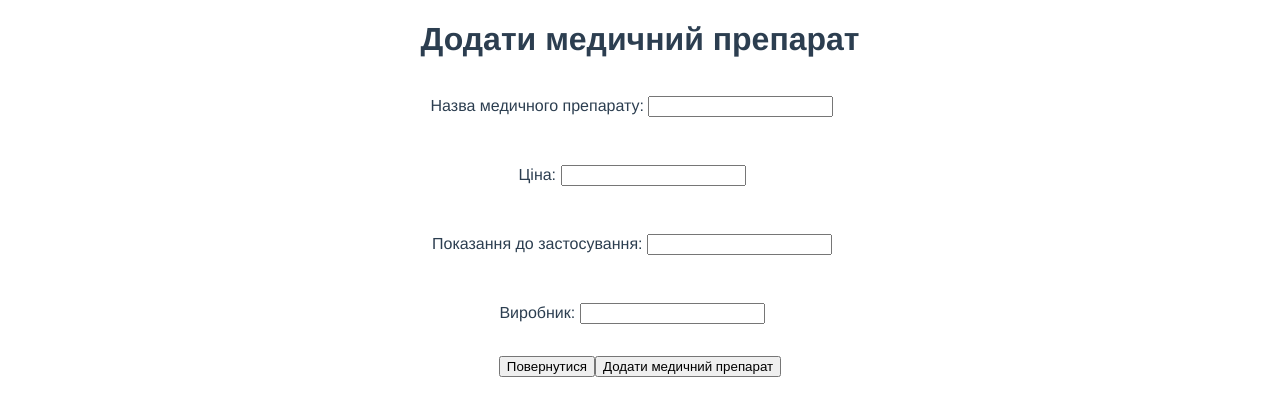
Repository: kristinap8/pharmacy
Page: /add_medicine
An editor plug-in stored every save of this project. The page is shown before and after the next save, followed by the edit.
The browser window is 1280 px wide. The pictures show the whole page.
The project was rebuilt for these pictures with package versions that can differ from the ones it lists, and the page was loaded fresh each time. Also part of the build but not shown: src/components/EditMedicineForm/index.vue, src/pages/EditMedicine/index.vue, src/components/MedicinesList/MedicineCard/index.vue, src/components/MedicinesList/index.vue, src/pages/AllMedicines/index.vue, src/components/CartForm/index.vue, src/pages/Cart/index.vue.

Above is the page before, as saved 2020-12-09 23:29:13.

### src/main.js
import Vue from 'vue'
import App from './App.vue'
import router from "./router"
import store from "./store"

Vue.config.productionTip = false

new Vue({
  store,
  router,
  render: h => h(App),
}).$mount('#app')

### src/App.vue
<template>
  <div id="app">
    <router-view/>
  </div>
</template>

<script>
export default {
  name: "App",
  components: {},
};
</script>

<style>
#app {
  font-family: Avenir, Helvetica, Arial, sans-serif;
  -webkit-font-smoothing: antialiased;
  -moz-osx-font-smoothing: grayscale;
  color: #2c3e50;
}
</style>

### src/router.js
import Vue from "vue";
import VueRouter from "vue-router";
import AddMedicine from "@/pages/AddMedicine";
import EditMedicine from "@/pages/EditMedicine";
import AllMedicines from "@/pages/AllMedicines";
import Cart from "@/pages/Cart";

Vue.use(VueRouter);

const routes=[
    {
        path:'/',
        name:'all-medicines',
        component:AllMedicines
    },
    {
        path:'/edit_medicine/:medicine_id',
        name:'edit-medicine',
        component:EditMedicine
    },
    {
        path:'/add_medicine',
        name:'add-medicine',
        component:AddMedicine
    },
    {
        path:'/cart',
        name:'cart',
        component:Cart
    },

]

const router=new VueRouter({
    mode:"history",
    routes
});

export default router;

### src/store/index.js
import Vue from "vue";
import Vuex from "vuex";
import { v4 as uuid_v4 } from 'uuid'

Vue.use(Vuex)
const store=new Vuex.Store({
    state:{
      medicinesList:[
          {
              id:1,
              name:'Но-шпа',
              price:60.48,
              requirements:"Спазми гладкої мускулатури, пов'язані з захворюваннями біліарного тракту: холецистолітіаз, холангіолітіаз, холецистит, перихолецистит, холангіт, папіліт. Спазми гладкої мускулатури при захворюваннях сечового тракту: нефролітіаз, уретролітіаз, пієліт, цистит, тенезми сечового міхура.",
              maker:"Chinoin (Угорщина)"

          },
          {
            id:2,
            name:"Діазолін",
            price:19.19,
            requirements:"Профілактика і лікування сезонного та алергічного риніту, полінозу, кропив'янки, харчової та медикаментозної алергії, дерматозів, що супроводжуються свербежем шкіри (екзема, нейродерміт).",
            maker:"Фармак ОАО (Україна, Київ)"

        },
        {
            id:3,
            name:"Амоксил",
            price:81.77,
            requirements:"Інфекції органів дихання, сечостатевої системи, травного тракту (у тому числі у комбінації з метронідазолом або кларитроміцином застосовують для лікування захворювань, асоційованих із Helicobacter pylori), шкіри та м’яких тканин, спричинені чутливими до лікарського засобу мікроорганізмами.",
            maker:"Киевмедпрепарат ОАО (Україна, Київ)"

        }
      ],
      cart:[],
      cartItemsCount:0
    },
    mutations:{
        addMedicine(state, data) {
            state.medicinesList.push({
             id: uuid_v4(),
             ...data,
           })
         },
         deleteMedicine(state,id){
             let medicines=state.medicinesList.filter(medicine=>medicine.id!=id)
             state.medicinesList=medicines;
         },
         editMedicine(state,medicine){
             state.medicinesList.forEach(m=>{
                 if(m.id==medicine.id){
                     m=medicine;
                 }
             } )
         },
         addToCart(state,medicine){
            let isMedicineExists=state.cart.find(m => m.id == medicine.id);

            if (isMedicineExists) {
                isMedicineExists.quantity ++;
                isMedicineExists.totalPrice = (isMedicineExists.quantity * isMedicineExists.price).toFixed(2);
            } else {
                state.cart.push(medicine);

                Vue.set(medicine, 'quantity', 1);
                Vue.set(medicine, 'totalPrice', medicine.price);
            }
             state.cartItemsCount++
         },
         deleteItemFromCart(state,medicine){
            let index = state.cart.indexOf(medicine);
            if (index > -1) {
                let item= state.cart[index];
                state.cartItemsCount -= item.quantity;
                state.cart.splice(index, 1);
            }
         }
    },
    actions:{
        addMedicine({ commit }, medicine) {
            commit('addMedicine', medicine)
         },
          deleteMedicine({commit},id){
              commit('deleteMedicine',id)
          },
          editMedicine({commit},medicine){
              commit('editMedicine',medicine)
          },
          addToCart({commit},medicine){
              commit('addToCart',medicine)
          },
          deleteItemFromCart({commit},medicine){
              commit("deleteItemFromCart",medicine)
          }

    },
    getters:{
        getMedicines:(state)=> state.medicinesList,
        getMedicineById:(state)=>(id)=>{return state.medicinesList.find(m=>m.id===id)},
        getMedicinesInCart:(state)=>state.cart,
     },
    modules:{

    }
})

export default store

### src/pages/AddMedicine/index.vue
<template>
    <div>
       <add-medicine-form/>
    </div>
</template>

<script>
import AddMedicineForm from "../../components/AddMedicineForm"
    export default {
        name:"AddMedicine",
        components: {
            AddMedicineForm,
        },
    }
</script>

<style lang="scss" scoped>

</style>

### src/components/AddMedicineForm/index.vue
<template>
    <div class="form">
        <h1>Додати медичний препарат</h1>
      <p class="form-row">
    <label>
        Назва медичного препарату:
        <input type="text" v-model="name"/>
    </label>
    </p>
    <p class="form-row">
    <label>
        Ціна:
        <input type="number" v-model="price"/>
    </label>
    </p>
    <p class="form-row">
    <label>
        Показання до застосування:
        <input type="text" v-model="requirements"/>
    </label>
    </p>
    <p class="form-row">
    <label>
        Виробник:
        <input type="text" v-model="maker"/>
    </label>
    </p>
    <p>
    <router-link to="/" tag="button" >Повернутися</router-link>
    <button @click="onAddMedicine" >
        Додати медичний препарат
    </button>
    </p>
    </div>
</template>

<script>
import { mapActions } from 'vuex'

    export default {
        name:"AddMedicineForm",
        data() {
            return {
            name: null,
            price: null,
            requirements: null,
            maker: null,
            }
        },
        methods: {
            ...mapActions(['addMedicine']),
            onAddMedicine() {
                const{name,price,requirements,maker}=this
                this.addMedicine({
                    name,
                    price,
                    requirements,
                    maker
                })
                this.$router.push('/')
            }
        },
    }
</script>

<style lang="scss" scoped>
.form{
    text-align: center;
}
.form-row {
  display: flex;
  justify-content: flex-end;
  padding: .5em;
}
.form-row > label {
  padding: .5em 1em .5em 0;
  flex: 1;
}
.form-row > input {
  flex: 2;
}
.form-row > input {
  padding: .5em;
}
</style>

Loaded but not shown: public/index.html (common file)

After the next save:
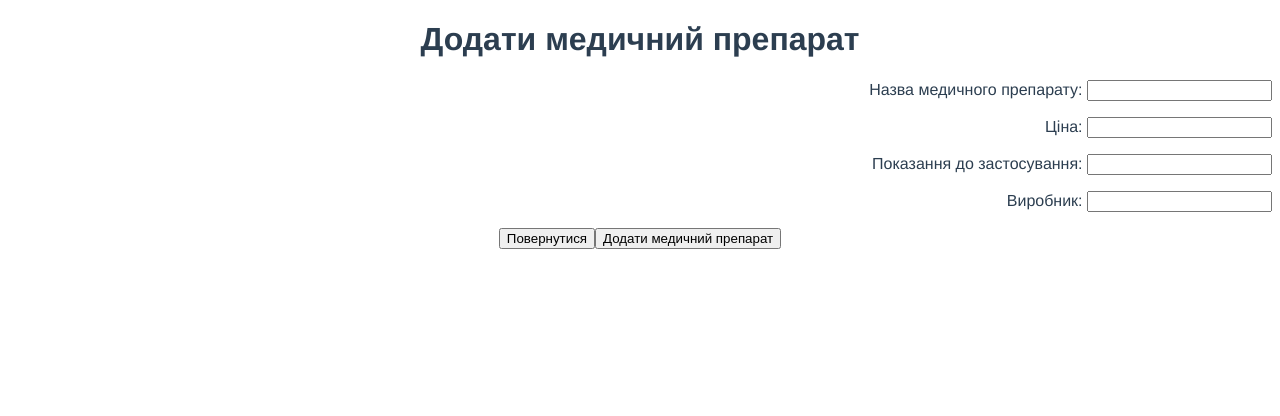
Saved 92 s later.
--- a/src/components/AddMedicineForm/index.vue
+++ b/src/components/AddMedicineForm/index.vue
@@ -70,16 +70,6 @@ import { mapActions } from 'vuex'
 .form-row {
   display: flex;
   justify-content: flex-end;
-  padding: .5em;
 }
-.form-row > label {
-  padding: .5em 1em .5em 0;
-  flex: 1;
-}
-.form-row > input {
-  flex: 2;
-}
-.form-row > input {
-  padding: .5em;
-}
+
 </style>
